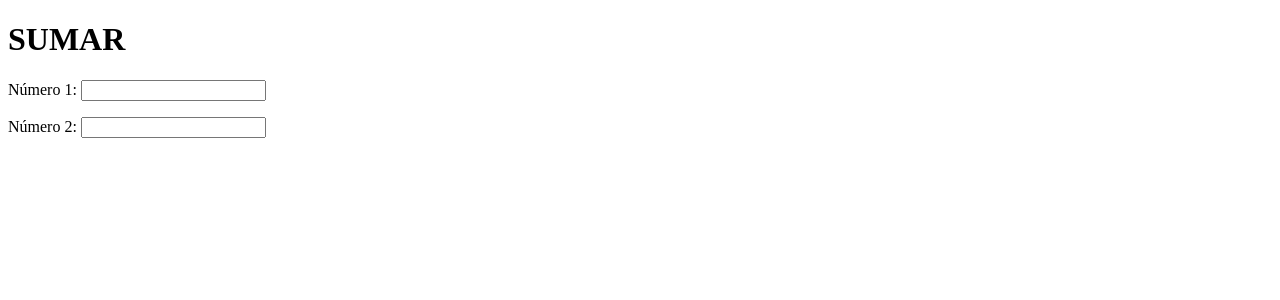
Repository: DavidAparco/WSLCTIC
Page: Demo001/Sumar.html
The author's editor kept a copy of each file at every save. The page is drawn from the files as they stood at one save, then again after the next save.
The browser window is 1280 px wide. The pictures show the whole page.

Above is the page before, as saved 2016-06-08 15:56:42.

### Demo001/Sumar.html
<!DOCTYPE html>
<html>
<head>
<meta charset="ISO-8859-1">
<title></title>
</head>
<body>
	<h1>SUMAR</h1>
	<form action="Sumar" method="post">
		<p>Número 1: <input type="text" name="n1" /></p>
		<p>Número 2: <input type="text" name="n2" /></p>
	</form>
</body>
</html>

After the next save:
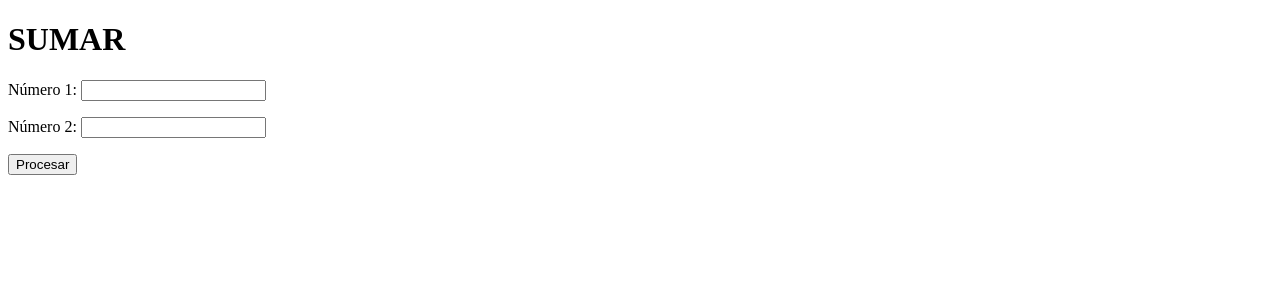
Saved 26 s later.
--- a/Demo001/Sumar.html
+++ b/Demo001/Sumar.html
@@ -9,6 +9,7 @@
 	<form action="Sumar" method="post">
 		<p>Número 1: <input type="text" name="n1" /></p>
 		<p>Número 2: <input type="text" name="n2" /></p>
+		<p><input type="submit" value="Procesar" /></p>
 	</form>
 </body>
 </html>
